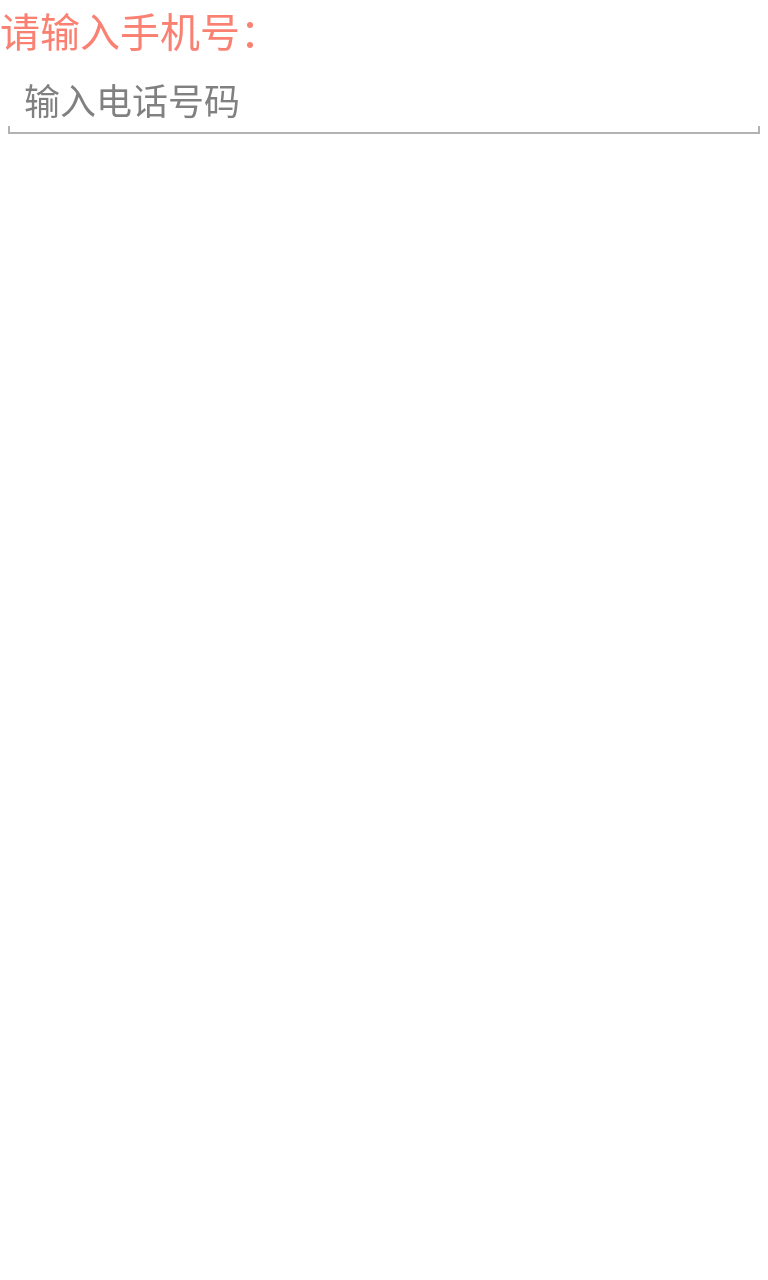
Repository: CiLiNet-Android/courseware
Layout: Android应用与开发环境/SourceCodes/SendSMSDemo/res/layout/activity_main.xml
These files come from the project's save history. The layout is drawn as it stood at one moment and after the next save; the edit follows.
It is drawn on a 768 x 1280 px phone screen (xhdpi) without system bars, with theme AppTheme; the app's code is not run.

Above is the layout before, as saved 2013-11-12 11:30:49.

### Android应用与开发环境/SourceCodes/SendSMSDemo/res/layout/activity_main.xml
<?xml version="1.0" encoding="utf-8"?>
<LinearLayout xmlns:android="http://schemas.android.com/apk/res/android"
    android:layout_width="match_parent"
    android:layout_height="match_parent"
    android:orientation="vertical" >

    <TextView
        android:layout_width="match_parent"
        android:layout_height="wrap_content"
        android:text="@string/please_input_phoneNo"
        android:textSize="20sp"
        android:textColor="@color/salmon"/>

    <EditText
        android:layout_width="match_parent"
        android:layout_height="wrap_content"
        android:hint="@string/input_phoneNo"
        android:id="@+id/editText_phoneNo"/>

    <TextView
        android:layout_width="match_parent"
        android:layout_height="wrap_content"
        android:minLines="4"/>

</LinearLayout>

### Android应用与开发环境/SourceCodes/SendSMSDemo/res/values/strings.xml
<resources>

    <string name="app_name">Send SMS</string>

    <string name="please_input_phoneNo">请输入手机号：</string>

    <string name="input_phoneNo">输入电话号码</string>

    <string name="please_input_smsContent">请输入短信内容：</string>

</resources>

### Android应用与开发环境/SourceCodes/SendSMSDemo/res/values/colors.xml
<?xml version="1.0" encoding="utf-8"?>
<resources>

    <!-- 黑色 -->
    <color name="black">#000000</color>
    <!-- 亮天蓝色 -->
    <color name="lightskyblue">#2190a3</color>
    <!-- 天蓝色 -->
    <color name="skyblue">#87ceeb</color>
    <color name="grey">#808080</color>
    <color name="transparent">#00000000</color>
    <!-- 暗灰色 -->
    <color name="darkgrey">#a9a9a9</color>

    <!-- 乳白色 -->
    <color name="white_bg">#f5f5f5</color>
    <color name="white">#FFFFFF</color>

    <!-- 白色 -->

    <color name="ivory">#FFFFF0</color>

    <!-- 象牙色 -->

    <color name="lightyellow">#FFFFE0</color>

    <!-- 亮黄色 -->

    <color name="yellow">#FFFF00</color>

    <!-- 黄色 -->

    <color name="snow">#FFFAFA</color>

    <!-- 雪白色 -->

    <color name="floralwhite">#FFFAF0</color>

    <!-- 花白色 -->

    <color name="lemonchiffon">#FFFACD</color>

    <!-- 柠檬绸色 -->

    <color name="cornsilk">#FFF8DC</color>

    <!-- 米绸色 -->

    <color name="seashell">#FFF5EE</color>

    <!-- 海贝色 -->

    <color name="lavenderblush">#FFF0F5</color>

    <!-- 淡紫红 -->

    <color name="papayawhip">#FFEFD5</color>

    <!-- 番木色 -->

    <color name="blanchedalmond">#FFEBCD</color>

    <!-- 白杏色 -->

    <color name="mistyrose">#FFE4E1</color>

    <!-- 浅玫瑰色 -->

    <color name="bisque">#FFE4C4</color>

    <!-- 桔黄色 -->

    <color name="moccasin">#FFE4B5</color>

    <!-- 鹿皮色 -->

    <color name="navajowhite">#FFDEAD</color>

    <!-- 纳瓦白 -->

    <color name="peachpuff">#FFDAB9</color>

    <!-- 桃色 -->

    <color name="gold">#FFD700</color>

    <!-- 金色 -->

    <color name="pink">#FFC0CB</color>

    <!-- 粉红色 -->

    <color name="lightpink">#FFB6C1</color>

    <!-- 亮粉红色 -->

    <color name="orange">#FFA500</color>

    <!-- 橙色 -->

    <color name="lightsalmon">#FFA07A</color>

    <!-- 亮肉色 -->

    <color name="darkorange">#FF8C00</color>
    <!-- 暗桔黄色 -->

    <color name="coral">#FF7F50</color>

    <!-- 珊瑚色 -->

    <color name="hotpink">#FF69B4</color>

    <!-- 热粉红色 -->

    <color name="tomato">#FF6347</color>

    <!-- 西红柿色 -->

    <color name="orangered">#FF4500</color>

    <!-- 红橙色 -->

    <color name="deeppink">#FF1493</color>

    <!-- 深粉红色 -->

    <color name="fuchsia">#FF00FF</color>

    <!-- 紫红色 -->

    <color name="red">#FF0000</color>

    <!-- 红色 -->

    <color name="oldlace">#FDF5E6</color>

    <!-- 老花色 -->

    <color name="lightgoldenrodyellow">#FAFAD2</color>

    <!-- 亮金黄色 -->

    <color name="linen">#FAF0E6</color>

    <!-- 亚麻色 -->

    <color name="antiquewhite">#FAEBD7</color>

    <!-- 古董白 -->

    <color name="salmon">#FA8072</color>

    <!-- 鲜肉色 -->

    <color name="ghostwhite">#F8F8FF</color>

    <!-- 幽灵白 -->

    <color name="mintcream">#F5FFFA</color>

    <!-- 薄荷色 -->

    <color name="whitesmoke">#F5F5F5</color>

    <!-- 烟白色 -->

    <color name="beige">#F5F5DC</color>

    <!-- 米色 -->

    <color name="wheat">#F5DEB3</color>

    <!-- 浅黄色 -->

    <color name="sandybrown">#F4A460</color>

    <!-- 沙褐色 -->

    <color name="azure">#F0FFFF</color>

    <!-- 天蓝色 -->

    <color name="honeydew">#F0FFF0</color>

    <!-- 蜜色 -->

    <color name="aliceblue">#F0F8FF</color>

    <!-- 艾利斯兰 -->

    <color name="khaki">#F0E68C</color>

    <!-- 黄褐色 -->

    <color name="lightcoral">#F08080</color>

    <!-- 亮珊瑚色 -->

    <color name="palegoldenrod">#EEE8AA</color>

    <!-- 苍麒麟色 -->

    <color name="violet">#EE82EE</color>

    <!-- 紫罗兰色 -->

    <color name="darksalmon">#E9967A</color>

    <!-- 暗肉色 -->

    <color name="lavender">#E6E6FA</color>

    <!-- 淡紫色 -->

    <color name="lightcyan">#E0FFFF</color>

    <!-- 亮青色 -->

    <color name="burlywood">#DEB887</color>

    <!-- 实木色 -->

    <color name="plum">#DDA0DD</color>

    <!-- 洋李色 -->

    <color name="gainsboro">#DCDCDC</color>

    <!-- 淡灰色 -->

    <color name="crimson">#DC143C</color>

    <!-- 暗深红色 -->

    <color name="palevioletred">#DB7093</color>

    <!-- 苍紫罗兰色 -->

    <color name="goldenrod">#DAA520</color>

    <!-- 金麒麟色 -->

    <color name="orchid">#DA70D6</color>

    <!-- 淡紫色 -->

    <color name="thistle">#D8BFD8</color>

    <!-- 蓟色 -->

    <color name="lightgray">#D3D3D3</color>

    <!-- 亮灰色 -->

    <color name="maincolor">#272727</color>

</resources>

Loaded but not shown: Android应用与开发环境/SourceCodes/SendSMSDemo/res/values/styles.xml (common file); Android应用与开发环境/SourceCodes/SendSMSDemo/res/values-v11/styles.xml (common file); Android应用与开发环境/SourceCodes/SendSMSDemo/res/values-v14/styles.xml (common file)

After the next save:
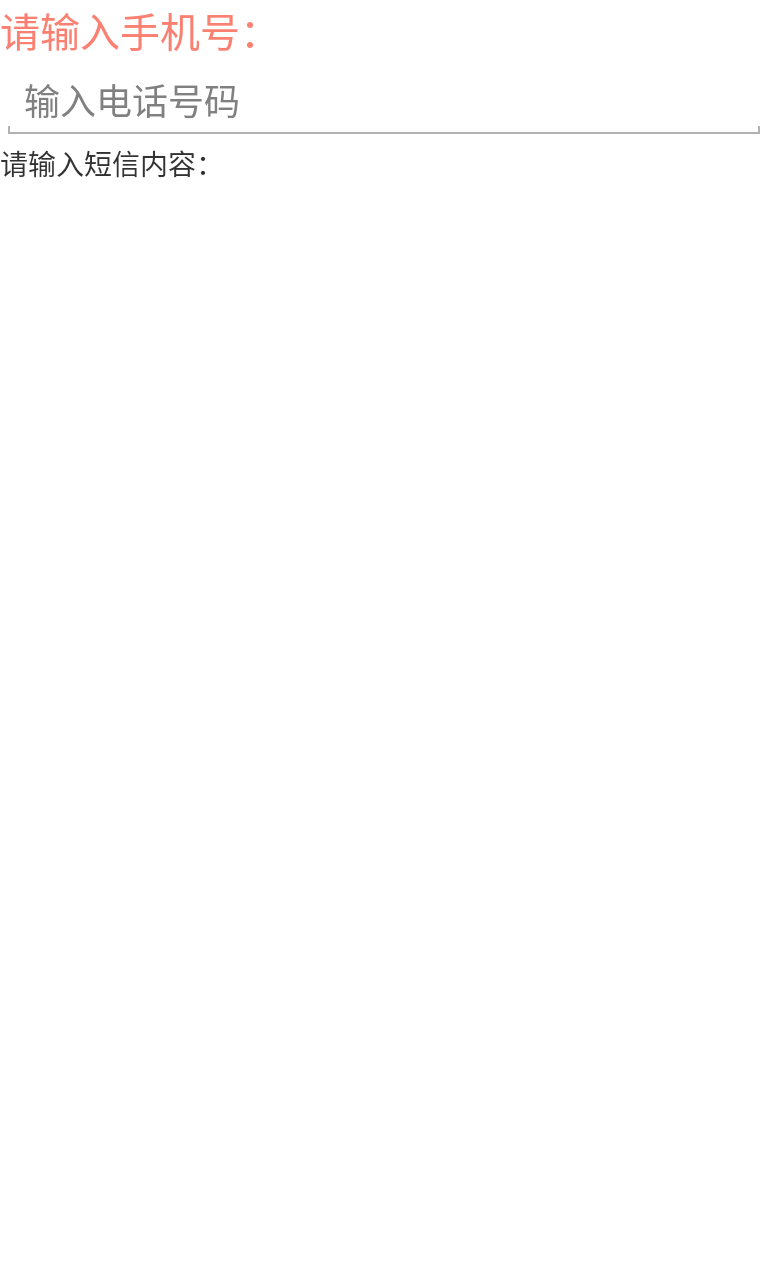
Saved 12 s later.
--- a/Android应用与开发环境/SourceCodes/SendSMSDemo/res/layout/activity_main.xml
+++ b/Android应用与开发环境/SourceCodes/SendSMSDemo/res/layout/activity_main.xml
@@ -20,6 +20,6 @@
     <TextView
         android:layout_width="match_parent"
         android:layout_height="wrap_content"
-        android:minLines="4"/>
+        android:text="@string/please_input_smsContent"/>
 
 </LinearLayout>
